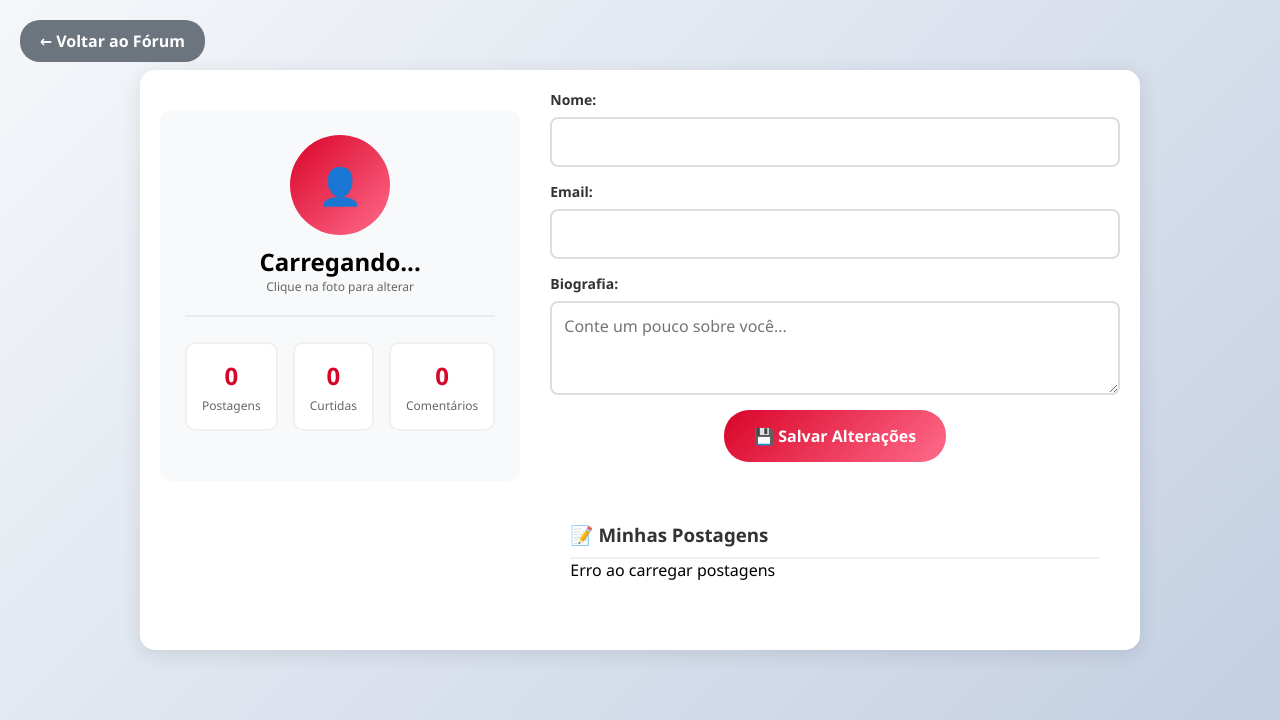
Repository: annaluizapm/MicroMidia
Page: front/HTML/perfil.html
The author's editor kept a copy of each file at every save. The page is drawn from the files as they stood at one save, then again after the next save.
The browser window is 1280 px wide. The pictures show the whole page.
The page's requests for data from a server got no answer.

Above is the page before, as saved 2025-09-05 11:30:06.

### front/HTML/perfil.html
<!DOCTYPE html>
<html lang="pt-BR">
<head>
    <meta charset="UTF-8">
    <meta name="viewport" content="width=device-width, initial-scale=1.0">
    <title>Meu Perfil - Micro Mídia</title>
    <link rel="stylesheet" href="../CSS/style.css">
    <style>
        body {
            margin: 0;
            padding: 0;
            background: linear-gradient(135deg, #f5f7fa 0%, #c3cfe2 100%);
            min-height: 100vh;
        }

        .perfil-container {
            max-width: 1000px;
            margin: 20px auto;
            padding: 20px;
            background: white;
            border-radius: 15px;
            box-shadow: 0 4px 20px rgba(0,0,0,0.1);
            height: calc(100vh - 140px);
            overflow-y: auto;
            display: grid;
            grid-template-columns: 1fr 2fr;
            gap: 30px;
        }

        .perfil-sidebar {
            background: #f8f9fa;
            padding: 25px;
            border-radius: 12px;
            height: fit-content;
            position: sticky;
            top: 20px;
        }

        .perfil-content {
            padding: 0;
        }

        .perfil-header {
            text-align: center;
            margin-bottom: 25px;
            padding-bottom: 20px;
            border-bottom: 2px solid #e9ecef;
        }

        .foto-perfil {
            width: 100px;
            height: 100px;
            border-radius: 50%;
            object-fit: cover;
            border: 3px solid #D90429;
            margin-bottom: 10px;
            cursor: pointer;
        }

        .foto-placeholder {
            width: 100px;
            height: 100px;
            border-radius: 50%;
            background: linear-gradient(135deg, #D90429, #ff6b8a);
            display: flex;
            align-items: center;
            justify-content: center;
            color: white;
            font-size: 36px;
            margin: 0 auto 10px;
            cursor: pointer;
        }

        .perfil-form {
            display: grid;
            gap: 15px;
            margin-bottom: 25px;
        }

        .form-group {
            display: flex;
            flex-direction: column;
        }

        .form-group label {
            font-weight: 600;
            color: #333;
            margin-bottom: 5px;
            font-size: 14px;
        }

        .form-group input,
        .form-group textarea {
            padding: 10px;
            border: 2px solid #ddd;
            border-radius: 8px;
            font-size: 14px;
            transition: border-color 0.3s;
        }

        .form-group input:focus,
        .form-group textarea:focus {
            outline: none;
            border-color: #D90429;
        }

        .stats-grid {
            display: grid;
            grid-template-columns: repeat(3, 1fr);
            gap: 15px;
            margin-bottom: 25px;
        }

        .stat-item {
            background: white;
            border: 2px solid #f0f0f0;
            padding: 15px;
            border-radius: 10px;
            text-align: center;
        }

        .stat-number {
            font-size: 24px;
            font-weight: bold;
            color: #D90429;
        }

        .stat-label {
            color: #666;
            font-size: 12px;
            margin-top: 3px;
        }

        .minhas-postagens {
            background: white;
            border-radius: 12px;
            padding: 20px;
            max-height: 400px;
            overflow-y: auto;
        }

        .minhas-postagens h3 {
            margin-top: 0;
            color: #333;
            border-bottom: 2px solid #f0f0f0;
            padding-bottom: 10px;
        }

        .post-item {
            background: #f8f9fa;
            padding: 12px;
            border-radius: 8px;
            margin-bottom: 10px;
            border-left: 3px solid #D90429;
        }

        .post-content {
            font-size: 14px;
            color: #333;
            margin-bottom: 5px;
        }

        .post-meta {
            font-size: 11px;
            color: #666;
            display: flex;
            justify-content: space-between;
        }

        /* Responsividade */
        @media (max-width: 768px) {
            .perfil-container {
                grid-template-columns: 1fr;
                gap: 20px;
                height: auto;
                margin: 10px;
                padding: 15px;
            }

            .perfil-sidebar {
                position: static;
            }

            .stats-grid {
                grid-template-columns: repeat(3, 1fr);
                gap: 10px;
            }

            .stat-number {
                font-size: 18px;
            }
        }

        .btn-salvar {
            background: linear-gradient(135deg, #D90429 0%, #ff6b8a 100%);
            color: white;
            border: none;
            padding: 12px 25px;
            border-radius: 20px;
            font-size: 14px;
            font-weight: 600;
            cursor: pointer;
            transition: all 0.3s ease;
            width: 100%;
        }

        .btn-salvar:hover {
            transform: translateY(-2px);
            box-shadow: 0 4px 15px rgba(217, 4, 41, 0.4);
        }
            gap: 20px;
        }

        .form-group {
            display: flex;
            flex-direction: column;
        }

        .form-group label {
            font-weight: 600;
            margin-bottom: 8px;
            color: #333;
        }

        .form-group input, .form-group textarea {
            padding: 12px;
            border: 2px solid #ddd;
            border-radius: 8px;
            font-size: 16px;
            transition: border-color 0.3s;
        }

        .form-group input:focus, .form-group textarea:focus {
            outline: none;
            border-color: #D90429;
            box-shadow: 0 0 0 3px rgba(217, 4, 41, 0.1);
        }

        .btn-salvar {
            background: linear-gradient(135deg, #D90429 0%, #ff6b8a 100%);
            color: white;
            border: none;
            padding: 15px 30px;
            border-radius: 25px;
            font-size: 16px;
            font-weight: 600;
            cursor: pointer;
            transition: all 0.3s ease;
            justify-self: center;
            width: fit-content;
        }

        .btn-salvar:hover {
            transform: translateY(-2px);
            box-shadow: 0 6px 20px rgba(217, 4, 41, 0.4);
        }

        .estatisticas {
            display: grid;
            grid-template-columns: repeat(auto-fit, minmax(150px, 1fr));
            gap: 15px;
            margin-top: 30px;
        }

        .stat-card {
            background: #f8f9fa;
            padding: 20px;
            border-radius: 10px;
            text-align: center;
        }

        .stat-number {
            font-size: 24px;
            font-weight: bold;
            color: #D90429;
        }

        .stat-label {
            color: #666;
            margin-top: 5px;
        }

        .minhas-postagens {
            margin-top: 40px;
        }

        .post-item {
            background: #f8f9fa;
            padding: 15px;
            border-radius: 10px;
            margin-bottom: 10px;
            border-left: 4px solid #D90429;
        }

        .post-content {
            margin-bottom: 10px;
        }

        .post-meta {
            font-size: 12px;
            color: #666;
            display: flex;
            justify-content: space-between;
        }

        #file-input {
            display: none;
        }

        .voltar-btn {
            position: absolute;
            top: 20px;
            left: 20px;
            background: #6c757d;
            color: white;
            text-decoration: none;
            padding: 10px 20px;
            border-radius: 20px;
            font-weight: 600;
            transition: all 0.3s;
        }

        .voltar-btn:hover {
            background: #5a6268;
            transform: translateY(-2px);
        }
    </style>
</head>
<body>
    <a href="forum.html" class="voltar-btn">← Voltar ao Fórum</a>

    <div class="perfil-container">
        <!-- Sidebar do Perfil -->
        <div class="perfil-sidebar">
            <div class="perfil-header">
                <div class="foto-placeholder" id="foto-container" onclick="document.getElementById('file-input').click()">
                    👤
                </div>
                <input type="file" id="file-input" accept="image/*" onchange="handleFotoUpload(event)">
                <h2 id="nome-usuario">Carregando...</h2>
                <p style="font-size: 12px; color: #666;">Clique na foto para alterar</p>
            </div>

            <div class="stats-grid">
                <div class="stat-item">
                    <div class="stat-number" id="total-postagens">0</div>
                    <div class="stat-label">Postagens</div>
                </div>
                <div class="stat-item">
                    <div class="stat-number" id="total-curtidas">0</div>
                    <div class="stat-label">Curtidas</div>
                </div>
                <div class="stat-item">
                    <div class="stat-number" id="total-comentarios">0</div>
                    <div class="stat-label">Comentários</div>
                </div>
            </div>
        </div>

        <!-- Conteúdo Principal -->
        <div class="perfil-content">
            <form class="perfil-form" id="perfil-form">
                <div class="form-group">
                    <label for="nome">Nome:</label>
                    <input type="text" id="nome" name="nome" required>
                </div>

                <div class="form-group">
                    <label for="email">Email:</label>
                    <input type="email" id="email" name="email" required>
                </div>

                <div class="form-group">
                    <label for="bio">Biografia:</label>
                    <textarea id="bio" name="bio" rows="3" placeholder="Conte um pouco sobre você..."></textarea>
                </div>

                <button type="submit" class="btn-salvar">💾 Salvar Alterações</button>
            </form>

            <div class="minhas-postagens">
                <h3>📝 Minhas Postagens</h3>
                <div id="lista-postagens">
                    <p style="text-align: center; color: #666; padding: 20px;">Carregando suas postagens...</p>
                </div>
            </div>
        </div>
    </div>

    <script src="../JS/script.js"></script>
    <script>
        // Variável global para o usuário atual
        let usuarioAtual = JSON.parse(localStorage.getItem('usuarioLogado')) || {id: 1};

        // Carregar dados do perfil ao carregar a página
        document.addEventListener('DOMContentLoaded', async () => {
            await carregarPerfilUsuario();
            await carregarPostagensUsuario();
            await carregarEstatisticas();

            // Configurar formulário
            document.getElementById('perfil-form').addEventListener('submit', handleSalvarPerfil);
        });

        // Carregar dados do usuário
        async function carregarPerfilUsuario() {
            try {
                const response = await fetch(`${API_BASE_URL}/usuarios/${usuarioAtual.id}`);
                if (response.ok) {
                    const usuario = await response.json();

                    document.getElementById('nome-usuario').textContent = usuario.nome;
                    document.getElementById('nome').value = usuario.nome;
                    document.getElementById('email').value = usuario.email;
                    document.getElementById('bio').value = usuario.bio || '';

                    // Carregar foto se existir
                    if (usuario.foto_perfil) {
                        const fotoContainer = document.getElementById('foto-container');
                        fotoContainer.innerHTML = `<img src="${usuario.foto_perfil}" class="foto-perfil" alt="Foto do perfil">`;
                    }
                }
            } catch (error) {
                console.error('Erro ao carregar perfil:', error);
            }
        }

        // Salvar alterações do perfil
        async function handleSalvarPerfil(event) {
            event.preventDefault();

            const nome = document.getElementById('nome').value;
            const email = document.getElementById('email').value;
            const bio = document.getElementById('bio').value;

            try {
                const response = await fetch(`${API_BASE_URL}/usuarios/${usuarioAtual.id}`, {
                    method: 'PUT',
                    headers: {
                        'Content-Type': 'application/json'
                    },
                    body: JSON.stringify({ nome, email, bio })
                });

                if (response.ok) {
                    mostrarMensagem('Perfil atualizado com sucesso!', 'sucesso');
                    document.getElementById('nome-usuario').textContent = nome;

                    // Atualizar localStorage
                    usuarioAtual.nome = nome;
                    usuarioAtual.email = email;
                    usuarioAtual.bio = bio;
                    localStorage.setItem('usuarioLogado', JSON.stringify(usuarioAtual));
                } else {
                    mostrarMensagem('Erro ao atualizar perfil', 'erro');
                }
            } catch (error) {
                console.error('Erro ao salvar perfil:', error);
                mostrarMensagem('Erro de conexão', 'erro');
            }
        }

        // Upload de foto (simulado - só frontend por simplicidade)
        function handleFotoUpload(event) {
            const file = event.target.files[0];
            if (file) {
                const reader = new FileReader();
                reader.onload = function(e) {
                    const fotoContainer = document.getElementById('foto-container');
                    fotoContainer.innerHTML = `<img src="${e.target.result}" class="foto-perfil" alt="Foto do perfil">`;
                    mostrarMensagem('Foto alterada! (Salve para aplicar)', 'sucesso');
                };
                reader.readAsDataURL(file);
            }
        }

        // Carregar postagens do usuário
        async function carregarPostagensUsuario() {
            try {
                const response = await fetch(`${API_BASE_URL}/postagens`);
                if (response.ok) {
                    const todasPostagens = await response.json();
                    const minhasPostagens = todasPostagens.filter(p => p.usuario_id === usuarioAtual.id);

                    const container = document.getElementById('lista-postagens');

                    if (minhasPostagens.length === 0) {
                        container.innerHTML = '<p style="color: #666; font-style: italic;">Você ainda não fez nenhuma postagem.</p>';
                        return;
                    }

                    container.innerHTML = minhasPostagens.map(post => `
                        <div class="post-item">
                            <div class="post-content">${post.conteudo}</div>
                            <div class="post-meta">
                                <span>${new Date(post.criado_em).toLocaleString()}</span>
                                <span>❤️ ${post.curtidas || 0} | 💬 ${post.comentarios || 0}</span>
                            </div>
                        </div>
                    `).join('');
                }
            } catch (error) {
                console.error('Erro ao carregar postagens:', error);
                document.getElementById('lista-postagens').innerHTML = '<p>Erro ao carregar postagens</p>';
            }
        }

        // Carregar estatísticas
        async function carregarEstatisticas() {
            try {
                const response = await fetch(`${API_BASE_URL}/postagens`);
                if (response.ok) {
                    const todasPostagens = await response.json();
                    const minhasPostagens = todasPostagens.filter(p => p.usuario_id === usuarioAtual.id);

                    const totalPostagens = minhasPostagens.length;
                    const totalCurtidas = minhasPostagens.reduce((sum, post) => sum + (post.curtidas || 0), 0);
                    const totalComentarios = minhasPostagens.reduce((sum, post) => sum + (post.comentarios || 0), 0);

                    document.getElementById('total-postagens').textContent = totalPostagens;
                    document.getElementById('total-curtidas').textContent = totalCurtidas;
                    document.getElementById('total-comentarios').textContent = totalComentarios;
                }
            } catch (error) {
                console.error('Erro ao carregar estatísticas:', error);
            }
        }
    </script>
</body>
</html>

Loaded but not shown: front/JS/script.js (697 lines, source omitted); front/JS/perfil.js (198 lines, source omitted); front/CSS/style.css (99 lines, source omitted)

After the next save:
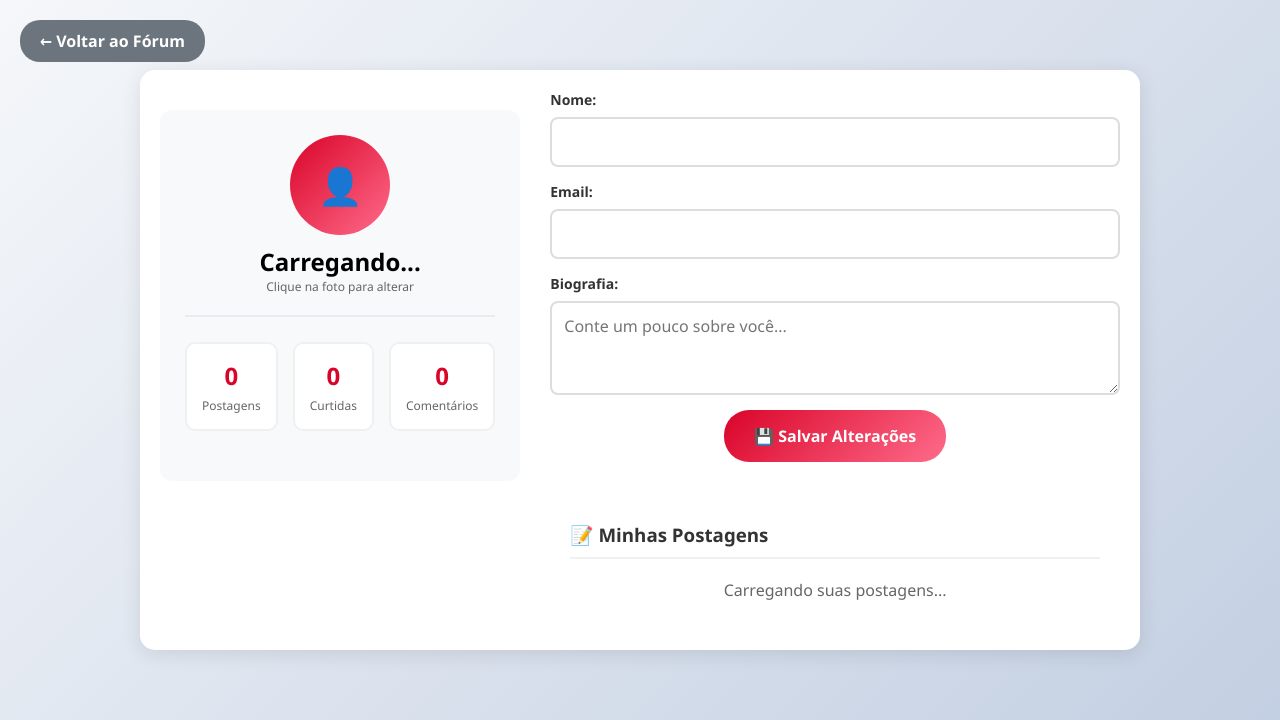
Console error: SyntaxError: Identifier 'API_BASE_URL' has already been declared
Saved 29 s later.
--- a/front/HTML/perfil.html
+++ b/front/HTML/perfil.html
@@ -388,143 +388,6 @@
     </div>
 
     <script src="../JS/script.js"></script>
-    <script>
-        // Variável global para o usuário atual
-        let usuarioAtual = JSON.parse(localStorage.getItem('usuarioLogado')) || {id: 1};
-
-        // Carregar dados do perfil ao carregar a página
-        document.addEventListener('DOMContentLoaded', async () => {
-            await carregarPerfilUsuario();
-            await carregarPostagensUsuario();
-            await carregarEstatisticas();
-
-            // Configurar formulário
-            document.getElementById('perfil-form').addEventListener('submit', handleSalvarPerfil);
-        });
-
-        // Carregar dados do usuário
-        async function carregarPerfilUsuario() {
-            try {
-                const response = await fetch(`${API_BASE_URL}/usuarios/${usuarioAtual.id}`);
-                if (response.ok) {
-                    const usuario = await response.json();
-
-                    document.getElementById('nome-usuario').textContent = usuario.nome;
-                    document.getElementById('nome').value = usuario.nome;
-                    document.getElementById('email').value = usuario.email;
-                    document.getElementById('bio').value = usuario.bio || '';
-
-                    // Carregar foto se existir
-                    if (usuario.foto_perfil) {
-                        const fotoContainer = document.getElementById('foto-container');
-                        fotoContainer.innerHTML = `<img src="${usuario.foto_perfil}" class="foto-perfil" alt="Foto do perfil">`;
-                    }
-                }
-            } catch (error) {
-                console.error('Erro ao carregar perfil:', error);
-            }
-        }
-
-        // Salvar alterações do perfil
-        async function handleSalvarPerfil(event) {
-            event.preventDefault();
-
-            const nome = document.getElementById('nome').value;
-            const email = document.getElementById('email').value;
-            const bio = document.getElementById('bio').value;
-
-            try {
-                const response = await fetch(`${API_BASE_URL}/usuarios/${usuarioAtual.id}`, {
-                    method: 'PUT',
-                    headers: {
-                        'Content-Type': 'application/json'
-                    },
-                    body: JSON.stringify({ nome, email, bio })
-                });
-
-                if (response.ok) {
-                    mostrarMensagem('Perfil atualizado com sucesso!', 'sucesso');
-                    document.getElementById('nome-usuario').textContent = nome;
-
-                    // Atualizar localStorage
-                    usuarioAtual.nome = nome;
-                    usuarioAtual.email = email;
-                    usuarioAtual.bio = bio;
-                    localStorage.setItem('usuarioLogado', JSON.stringify(usuarioAtual));
-                } else {
-                    mostrarMensagem('Erro ao atualizar perfil', 'erro');
-                }
-            } catch (error) {
-                console.error('Erro ao salvar perfil:', error);
-                mostrarMensagem('Erro de conexão', 'erro');
-            }
-        }
-
-        // Upload de foto (simulado - só frontend por simplicidade)
-        function handleFotoUpload(event) {
-            const file = event.target.files[0];
-            if (file) {
-                const reader = new FileReader();
-                reader.onload = function(e) {
-                    const fotoContainer = document.getElementById('foto-container');
-                    fotoContainer.innerHTML = `<img src="${e.target.result}" class="foto-perfil" alt="Foto do perfil">`;
-                    mostrarMensagem('Foto alterada! (Salve para aplicar)', 'sucesso');
-                };
-                reader.readAsDataURL(file);
-            }
-        }
-
-        // Carregar postagens do usuário
-        async function carregarPostagensUsuario() {
-            try {
-                const response = await fetch(`${API_BASE_URL}/postagens`);
-                if (response.ok) {
-                    const todasPostagens = await response.json();
-                    const minhasPostagens = todasPostagens.filter(p => p.usuario_id === usuarioAtual.id);
-
-                    const container = document.getElementById('lista-postagens');
-
-                    if (minhasPostagens.length === 0) {
-                        container.innerHTML = '<p style="color: #666; font-style: italic;">Você ainda não fez nenhuma postagem.</p>';
-                        return;
-                    }
-
-                    container.innerHTML = minhasPostagens.map(post => `
-                        <div class="post-item">
-                            <div class="post-content">${post.conteudo}</div>
-                            <div class="post-meta">
-                                <span>${new Date(post.criado_em).toLocaleString()}</span>
-                                <span>❤️ ${post.curtidas || 0} | 💬 ${post.comentarios || 0}</span>
-                            </div>
-                        </div>
-                    `).join('');
-                }
-            } catch (error) {
-                console.error('Erro ao carregar postagens:', error);
-                document.getElementById('lista-postagens').innerHTML = '<p>Erro ao carregar postagens</p>';
-            }
-        }
-
-        // Carregar estatísticas
-        async function carregarEstatisticas() {
-            try {
-                const response = await fetch(`${API_BASE_URL}/postagens`);
-                if (response.ok) {
-                    const todasPostagens = await response.json();
-                    const minhasPostagens = todasPostagens.filter(p => p.usuario_id === usuarioAtual.id);
-
-                    const totalPostagens = minhasPostagens.length;
-                    const totalCurtidas = minhasPostagens.reduce((sum, post) => sum + (post.curtidas || 0), 0);
-                    const totalComentarios = minhasPostagens.reduce((sum, post) => sum + (post.comentarios || 0), 0);
-
-                    document.getElementById('total-postagens').textContent = totalPostagens;
-                    document.getElementById('total-curtidas').textContent = totalCurtidas;
-                    document.getElementById('total-comentarios').textContent = totalComentarios;
-                }
-            } catch (error) {
-                console.error('Erro ao carregar estatísticas:', error);
-            }
-        }
-    </script>
+    <script src="../JS/perfil.js"></script>
 </body>
 </html>
